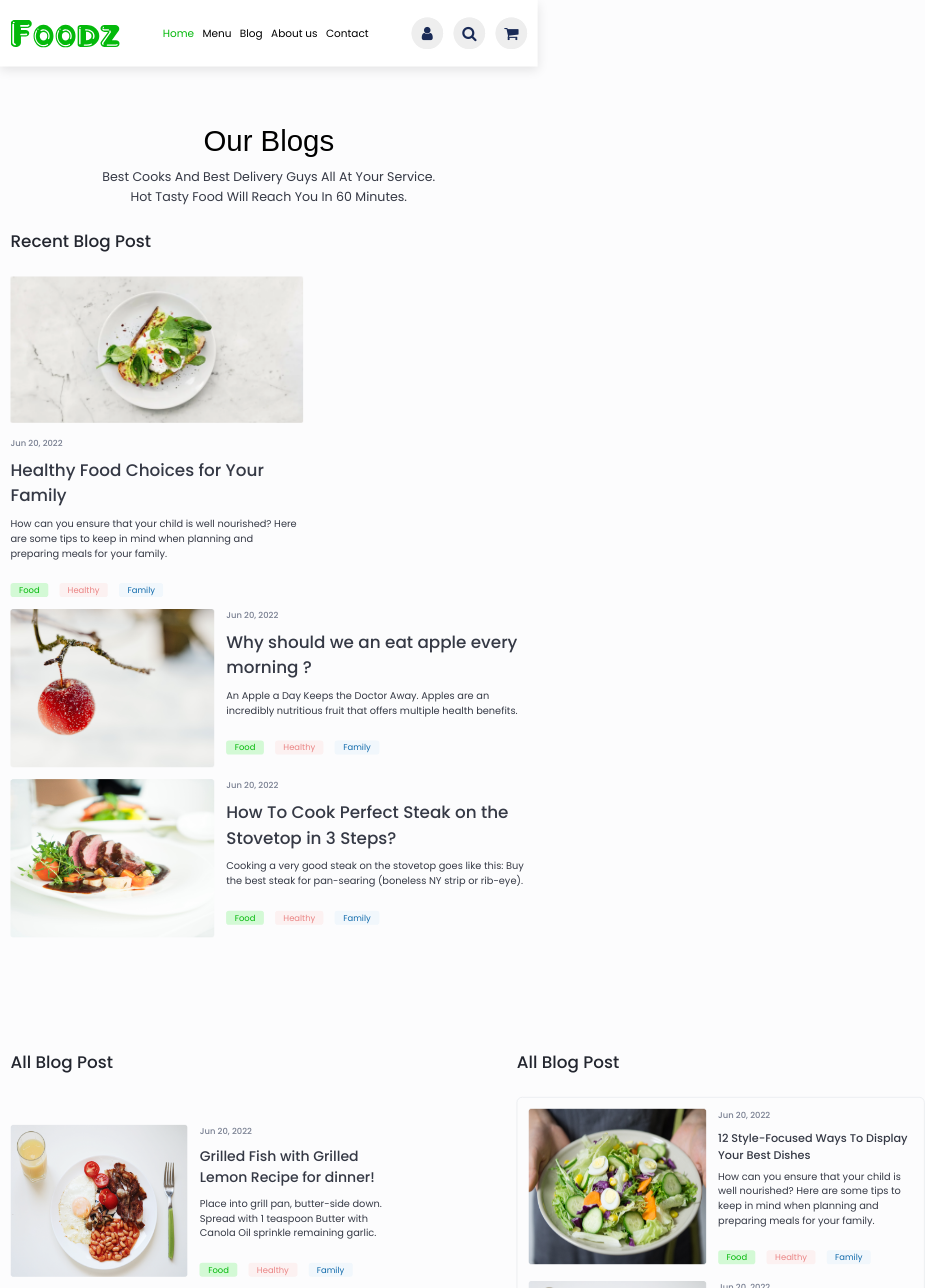
Repository: Toan3333/fooz
Page: assets/pages/blog.html
These files come from the project's save history. The page is drawn as it stood at one moment and after the next save; the edit follows.
The browser window is 768 px wide. The page is 1321 px wide, so the pictures cover 1321 px, including what lies to the right of the window. The pictures show the part of the page from y = 0 to 1840 px (the page is 3586 px tall before and 3638 px after), at 70% of full size.
Some web fonts or font styles are not loaded; a fallback is used.

Above is the page before, as saved 2023-06-11 11:14:22.

### assets/pages/blog.html
<!DOCTYPE html>
<html lang="en">
  <head>
    <meta charset="UTF-8" />
    <meta http-equiv="X-UA-Compatible" content="IE=edge" />
    <meta name="viewport" content="width=device-width, initial-scale=1.0" />
    <title>Blog</title>
    <link rel="stylesheet" href="/assets/css/style.css" />
    <link rel="stylesheet" href="/assets/css/responsive.css" />
    <link
      href="https://fonts.googleapis.com/css?family=Poppins:100,100italic,200,200italic,300,300italic,regular,italic,500,500italic,600,600italic,700,700italic,800,800italic,900,900italic"
      rel="stylesheet"
    />
    <link
      href="https://fonts.googleapis.com/css?family=Alice:regular"
      rel="stylesheet"
    />
    <link
      rel="stylesheet"
      href="https://cdnjs.cloudflare.com/ajax/libs/font-awesome/4.7.0/css/font-awesome.min.css"
    />
  </head>
  <body>
    <div class="app">
      <!-- header -->
      <header class="header">
        <div class="container">
          <div class="header-main">
            <div class="header-logo">
              <img src="/assets/images/Logo.svg" alt="" />
            </div>
            <div class="header-menu">
              <ul class="header-nav">
                <li class="header-list">
                  <a href="#home" class="header-link active">Home</a>
                </li>
                <li class="header-list">
                  <a href="./assets/pages/menu.html" class="header-link"
                    >Menu</a
                  >
                </li>
                <li class="header-list">
                  <a href="./assets/pages/blog.html" class="header-link"
                    >Blog</a
                  >
                </li>
                <li class="header-list">
                  <a href="./assets/pages/about.html" class="header-link"
                    >About us</a
                  >
                </li>
                <li class="header-list">
                  <a href="./assets/pages/contact.html" class="header-link"
                    >Contact</a
                  >
                </li>
              </ul>
            </div>
            <div class="header-auth">
              <div class="header-icon">
                <a href="./assets/pages/login.html">
                  <i class="fa fa-user" aria-hidden="true"></i>
                </a>
                <a href="#">
                  <i class="fa fa-search" aria-hidden="true"></i>
                </a>
                <a href="./assets/pages/checkout.html">
                  <i class="fa fa-shopping-cart" aria-hidden="true"></i>
                </a>
              </div>
            </div>
            <div class="header__bar">
              <i class="fa fa-bars header__bar-icon" aria-hidden="true"></i>
            </div>
          </div>
        </div>
      </header>
      <!-- header end -->
      <section class="our-blog">
        <div class="container">
          <div class="text-center__primary special-center menu-center">
            Our blogs
            <p class="text-bottom">
              Best cooks and best delivery guys all at your service. Hot tasty
              food will reach you in 60 minutes.
            </p>
          </div>
          <div class="our-blog__heading">Recent Blog Post</div>
          <div class="our-blog__main">
            <div class="our-blog__post">
              <div class="our-blog__image">
                <img src="/assets/images/blog-4.png" alt="" />
              </div>
              <div class="our-blog__content">
                <div class="our-blog__date">Jun 20, 2022</div>
                <div class="our-blog__title">
                  Healthy Food Choices for Your Family
                </div>
                <div class="our-blog__text">
                  How can you ensure that your child is well nourished? Here are
                  some tips to keep in mind when planning and preparing meals
                  for your family.
                </div>
                <ul class="our-blog__tag">
                  <li class="our-blog__item">Food</li>
                  <li class="our-blog__item">Healthy</li>
                  <li class="our-blog__item">Family</li>
                </ul>
              </div>
            </div>
            <div class="our-blog__post-2">
              <div class="our-blog__items">
                <div class="our-blog__image our-blog__list__image">
                  <img
                    class="our-blog__images"
                    src="/assets/images/blog-5.png"
                    alt=""
                  />
                </div>
                <div class="our-blog__content our-blog__list__content">
                  <div class="our-blog__date">Jun 20, 2022</div>
                  <div class="our-blog__title">
                    Why should we an eat apple every morning ?
                  </div>
                  <div class="our-blog__text">
                    An Apple a Day Keeps the Doctor Away. Apples are an
                    incredibly nutritious fruit that offers multiple health
                    benefits.
                  </div>
                  <ul class="our-blog__tag">
                    <li class="our-blog__item">Food</li>
                    <li class="our-blog__item">Healthy</li>
                    <li class="our-blog__item">Family</li>
                  </ul>
                </div>
              </div>
              <div class="our-blog__items">
                <div class="our-blog__image our-blog__list__image">
                  <img
                    class="our-blog__images"
                    src="/assets/images/blog-6.png"
                    alt=""
                  />
                </div>
                <div class="our-blog__content our-blog__list__content">
                  <div class="our-blog__date">Jun 20, 2022</div>
                  <div class="our-blog__title">
                    How To Cook Perfect Steak on the Stovetop in 3 Steps?
                  </div>
                  <div class="our-blog__text">
                    Cooking a very good steak on the stovetop goes like this:
                    Buy the best steak for pan-searing (boneless NY strip or
                    rib-eye).
                  </div>
                  <ul class="our-blog__tag">
                    <li class="our-blog__item">Food</li>
                    <li class="our-blog__item">Healthy</li>
                    <li class="our-blog__item">Family</li>
                  </ul>
                </div>
              </div>
            </div>
          </div>
        </div>
      </section>

      <section class="all-blog">
        <div class="container">
          <div class="all-blog__list">
            <div class="all-blog__left">
              <div class="our-blog__heading">All Blog post</div>
              <div class="our-blog__items">
                <div class="our-blog__image our-blog__list__image">
                  <img
                    class="our-blog__images"
                    src="/assets/images/blog-7.png"
                    alt=""
                  />
                </div>
                <div class="our-blog__content our-blog__list__content">
                  <div class="our-blog__date">Jun 20, 2022</div>
                  <div class="our-blog__title our-blog__title-2">
                    Grilled Fish with Grilled Lemon Recipe for dinner!
                  </div>
                  <div class="our-blog__text">
                    Place into grill pan, butter-side down. Spread with 1
                    teaspoon Butter with Canola Oil sprinkle remaining garlic.
                  </div>
                  <ul class="our-blog__tag">
                    <li class="our-blog__item">Food</li>
                    <li class="our-blog__item">Healthy</li>
                    <li class="our-blog__item">Family</li>
                  </ul>
                </div>
              </div>
              <div class="our-blog__items">
                <div class="our-blog__image our-blog__list__image">
                  <img
                    class="our-blog__images"
                    src="/assets/images/blog-8.png"
                    alt=""
                  />
                </div>
                <div class="our-blog__content our-blog__list__content">
                  <div class="our-blog__date">Jun 20, 2022</div>
                  <div class="our-blog__title our-blog__title-2">
                    How to Make Vinaigrette (Plus 3 Essential Variations!)
                  </div>
                  <div class="our-blog__text">
                    We’re going back to basics today with one of my most
                    essential everyday recipes, vinaigrette!
                  </div>
                  <ul class="our-blog__tag">
                    <li class="our-blog__item">Food</li>
                    <li class="our-blog__item">Healthy</li>
                    <li class="our-blog__item">Family</li>
                  </ul>
                </div>
              </div>
              <div class="our-blog__items">
                <div class="our-blog__image our-blog__list__image">
                  <img
                    class="our-blog__images"
                    src="/assets/images/blog-9.png"
                    alt=""
                  />
                </div>
                <div class="our-blog__content our-blog__list__content">
                  <div class="our-blog__date">Jun 20, 2022</div>
                  <div class="our-blog__title our-blog__title-2">
                    12 of the Healthiest Foods to Eat for Breakfast
                  </div>
                  <div class="our-blog__text">
                    How can you ensure that your child is well nourished? Here
                    are some tips to keep in mind when planning and preparing
                    meals for your family.
                  </div>
                  <ul class="our-blog__tag">
                    <li class="our-blog__item">Food</li>
                    <li class="our-blog__item">Healthy</li>
                    <li class="our-blog__item">Family</li>
                  </ul>
                </div>
              </div>
              <div class="our-blog__items">
                <div class="our-blog__image our-blog__list__image">
                  <img
                    class="our-blog__images"
                    src="/assets/images/blog-6.png"
                    alt=""
                  />
                </div>
                <div class="our-blog__content our-blog__list__content">
                  <div class="our-blog__date">Jun 20, 2022</div>
                  <div class="our-blog__title our-blog__title-2">
                    Healthy Food Choices for Your Family
                  </div>
                  <div class="our-blog__text">
                    How can you ensure that your child is well nourished? Here
                    are some tips to keep in mind when planning and preparing
                    meals for your family.
                  </div>
                  <ul class="our-blog__tag">
                    <li class="our-blog__item">Food</li>
                    <li class="our-blog__item">Healthy</li>
                    <li class="our-blog__item">Family</li>
                  </ul>
                </div>
              </div>
              <div class="our-blog__items">
                <div class="our-blog__image our-blog__list__image">
                  <img
                    class="our-blog__images"
                    src="/assets/images/blog-5.png"
                    alt=""
                  />
                </div>
                <div class="our-blog__content our-blog__list__content">
                  <div class="our-blog__date">Jun 20, 2022</div>
                  <div class="our-blog__title our-blog__title-2">
                    Healthy Food Choices for Your Family
                  </div>
                  <div class="our-blog__text">
                    How can you ensure that your child is well nourished? Here
                    are some tips to keep in mind when planning and preparing
                    meals for your family.
                  </div>
                  <ul class="our-blog__tag">
                    <li class="our-blog__item">Food</li>
                    <li class="our-blog__item">Healthy</li>
                    <li class="our-blog__item">Family</li>
                  </ul>
                </div>
              </div>
            </div>
            <div class="all-blog__right">
              <div class="our-blog__heading">All Blog post</div>
              <div class="all-blog__box">
                <div class="our-blog__items">
                  <div class="our-blog__image our-blog__list__image">
                    <img
                      class="our-blog__images"
                      src="/assets/images/blog-9.png"
                      alt=""
                    />
                  </div>
                  <div class="our-blog__content our-blog__list__content">
                    <div class="our-blog__date">Jun 20, 2022</div>
                    <div class="our-blog__title our-blog__title-3">
                      12 Style-Focused Ways To Display Your Best Dishes
                    </div>
                    <div class="our-blog__text">
                      How can you ensure that your child is well nourished? Here
                      are some tips to keep in mind when planning and preparing
                      meals for your family.
                    </div>
                    <ul class="our-blog__tag">
                      <li class="our-blog__item">Food</li>
                      <li class="our-blog__item">Healthy</li>
                      <li class="our-blog__item">Family</li>
                    </ul>
                  </div>
                </div>
                <div class="our-blog__items">
                  <div class="our-blog__image our-blog__list__image">
                    <img
                      class="our-blog__images"
                      src="/assets/images/blog-7.png"
                      alt=""
                    />
                  </div>
                  <div class="our-blog__content our-blog__list__content">
                    <div class="our-blog__date">Jun 20, 2022</div>
                    <div class="our-blog__title our-blog__title-3">
                      How to Become a Veterinarian: Key Steps and Qualities
                    </div>
                    <div class="our-blog__text">
                      How can you ensure that your child is well nourished? Here
                      are some tips to keep in mind when planning and preparing
                      meals for your family.
                    </div>
                    <ul class="our-blog__tag">
                      <li class="our-blog__item">Food</li>
                      <li class="our-blog__item">Healthy</li>
                      <li class="our-blog__item">Family</li>
                    </ul>
                  </div>
                </div>
                <div class="our-blog__items">
                  <div class="our-blog__image our-blog__list__image">
                    <img
                      class="our-blog__images"
                      src="/assets/images/blog-6.png"
                      alt=""
                    />
                  </div>
                  <div class="our-blog__content our-blog__list__content">
                    <div class="our-blog__date">Jun 20, 2022</div>
                    <div class="our-blog__title our-blog__title-3">
                      The Best Foods to Eat While Working Out to Lose Weight
                    </div>
                    <div class="our-blog__text">
                      How can you ensure that your child is well nourished? Here
                      are some tips to keep in mind when planning and preparing
                      meals for your family.
                    </div>
                    <ul class="our-blog__tag">
                      <li class="our-blog__item">Food</li>
                      <li class="our-blog__item">Healthy</li>
                      <li class="our-blog__item">Family</li>
                    </ul>
                  </div>
                </div>
              </div>
            </div>
          </div>
        </div>
      </section>

      <footer class="footer">
        <div class="container">
          <div class="footer-list">
            <div class="footer-column">
              <div class="footer-center">
                <div class="footer-logo">
                  <img src="/assets/images/Logo.svg" alt="" />
                </div>
                <p class="footer-desc">
                  Explore your Taste with speacial food in the special place,
                  that will make you happy. I try to write some thing without
                  lorem isum. Lorem ipsum dolor sit amet consectetur adipisicing
                  elit.
                </p>
              </div>
            </div>
            <div class="footer-column">
              <h3 class="footer-title">Support</h3>
              <ul class="footer-menu">
                <li class="footer-item"><a href="#">Help Centre</a></li>
                <li class="footer-item"><a href="#">Safety information</a></li>
                <li class="footer-item">
                  <a href="#">Cancellation options</a>
                </li>
                <li class="footer-item"><a href="#">Report Complaint</a></li>
              </ul>
            </div>
            <div class="footer-column">
              <h3 class="footer-title">Community</h3>
              <ul class="footer-menu">
                <li class="footer-item"><a href="#">Customer Review</a></li>
                <li class="footer-item"><a href="#">Newsletter</a></li>
              </ul>
            </div>
            <div class="footer-column">
              <h3 class="footer-title">About</h3>
              <ul class="footer-menu">
                <li class="footer-item"><a href="#">Our Chef</a></li>
                <li class="footer-item"><a href="#">Careers</a></li>
                <li class="footer-item">
                  <a href="#">Blog</a>
                </li>
                <li class="footer-item"><a href="#">Contact</a></li>
              </ul>
            </div>
          </div>
        </div>
      </footer>
      <!-- loader -->
      <!-- <div class="loader-container">
        <img src="./assets/images/loader.gif" alt="" />
      </div> -->
      <!-- loader end -->
    </div>
  </body>
</html>

### assets/css/responsive.css
@media screen and (min-width: 1024px) {
  .hero-title {
    font-size: 50px;
    line-height: 58px;
  }
  .hero-desc {
    font-size: 20px;
  }
  .service-title {
    font-size: 22px;
  }
}
/* Tablet */
@media screen and (max-width: 1023.98px) {
  .header-nav {
    gap: 12px;
  }
  .header-link {
    font-size: 15px;
  }
  .header-icon {
    gap: 15px;
  }
  .hero-main {
    gap: 30px;
  }
  .hero {
    padding: 50px 0;
  }
  .hero-title {
    font-size: 37px;
    line-height: 48px;
    margin-bottom: 15px;
  }
  .hero-desc {
    font-size: 18px;
    line-height: 26px;
  }
  .button-primary {
    font-size: 15px;
  }
  .hero-list {
    gap: 4px;
  }
  .hero-info {
    padding: 20px 25px;
  }
  .hero-number {
    font-size: 20px;
  }
  .hero-text {
    font-size: 16px;
    line-height: 22px;
  }
  .service {
    padding: 50px 0;
  }
  .text-center__primary {
    font-size: 42px;
    line-height: 52px;
  }
  .service-list {
    margin-top: 50px;
    grid-template-columns: repeat(2, 1fr);
    grid-gap: 30px;
  }
  .service-item {
    padding: 30px 25px;
  }
  .about {
    padding: 50px 0;
  }
  .about-main {
    gap: 40px;
  }
  .about-info {
    gap: 20px;
  }
  .about-name {
    font-size: 18px;
    line-height: 24px;
  }
  .about-desc {
    font-size: 16px;
  }
  .special {
    padding: 50px 0;
  }
  .special-center {
    max-width: 500px;
  }
  .text-bottom {
    font-size: 18px;
    line-height: 28px;
  }
  .special-list {
    margin-top: 50px;
    grid-template-columns: repeat(2, 1fr);
  }
  .special-title {
    font-size: 24px;
    line-height: 30px;
  }
  .special-price {
    font-size: 32px;
  }
  .form-main {
    gap: 40px;
  }
  .form-container {
    gap: 8px;
  }
  .blog {
    padding: 50px 0;
  }
  .blog-list {
    grid-template-columns: repeat(2, 1fr);
  }
  .footer-list {
    grid-template-columns: repeat(2, 1fr);
    grid-gap: 60px;
  }
  .footer-menu {
    gap: 12px;
  }
  .our-blog__main {
    flex-direction: column;
  }
  .our-blog__list__image {
    width: 500px;
  }
  .our-blog__post {
    max-width: 418px;
    width: 100%;
  }
}
/* Iphone */
@media screen and (max-width: 767.98px) {
  /* .header-menu {
    display: none;
  } */
  .header-nav {
    position: fixed;
    right: 0;
    top: 0;
    bottom: 0;
    background-color: white;
    transform: translateX(100%);
    will-change: transform;
    transition: all 0.2s linear;
    width: 300px;
    border-left: 1px solid #eee;
    z-index: 99;
    flex-direction: column;
    align-items: stretch;
    padding-top: 60px;
    gap: 10px 0;
  }
  .header-nav.is-show {
    transform: translateX(0);
  }
  .header-list {
    padding: 20px;
  }
  .header-icon {
    display: none;
  }
  .header__bar {
    display: block;
    font-size: 22px;
    color: var(--primary-color);
    cursor: pointer;
  }
  .hero {
    padding: 40px 0;
  }
  .hero-main {
    flex-direction: column;
  }
  .hero-title {
    font-size: 30px;
    line-height: 35px;
    margin-bottom: 10px;
  }
  .hero-desc {
    font-size: 16px;
  }
  .hero-cta {
    margin-bottom: 40px;
  }
  .hero-info {
    padding: 15px 20px;
  }
  .hero-number {
    line-height: 35px;
    font-size: 18px;
  }
  .service {
    padding: 40px 0;
  }
  .text-center__primary {
    font-size: 33px;
    line-height: 40px;
  }
  .service-list {
    margin-top: 30px;
    grid-template-columns: repeat(1, 1fr);
    grid-gap: 12px;
  }
  .service-item {
    padding: 15px;
  }
  .service-title {
    font-size: 18px;
    line-height: 28px;
  }
  .service-icon {
    margin-bottom: 14px;
  }
  .about {
    padding: 40px 0;
  }
  .about-center {
    max-width: 280px;
  }
  .about-main {
    flex-direction: column;
  }
  .text-center__primary {
    font-size: 28px;
    line-height: 32px;
  }
  .about-name {
    font-size: 17px;
  }
  .about-info {
    gap: 15px;
  }
  .about-desc {
    font-size: 15px;
    line-height: 24px;
  }
  .text-bottom {
    font-size: 16px;
  }
  .special {
    padding: 40px 0;
  }
  .special-list {
    grid-template-columns: repeat(1, 1fr);
  }
  .special-item {
    padding: 20px 25px;
  }
  .special-price {
    font-size: 28px;
  }
  .button-primary {
    padding: 8px 10px;
    font-size: 12px;
    line-height: 20px;
  }
  .form-main {
    flex-direction: column;
  }
  .form-field input {
    padding: 8px;
  }
  .form-price {
    margin-bottom: 15px;
  }
  .form-meal__select select {
    padding: 10px 12px 10px 12px;
  }
  .form-field textarea {
    padding: 10px;
  }
  .tab {
    grid-template-columns: repeat(1, 1fr);
    grid-gap: 10px;
  }
  .tab-item {
    border-bottom: 1px solid #eee;
    font-size: 14px;
    padding: 8px;
  }
  .tab-item img {
    width: 28px;
    height: 28px;
  }
  .blog {
    padding: 50px 0;
  }
  .blog-list {
    grid-template-columns: repeat(1, 1fr);
  }
  .footer-list {
    grid-template-columns: repeat(1, 1fr);
    grid-gap: 20px;
  }
  .footer-title {
    margin-bottom: 12px;
  }
}

Loaded but not shown: assets/css/style.css (1369 lines, source omitted)

After the next save:
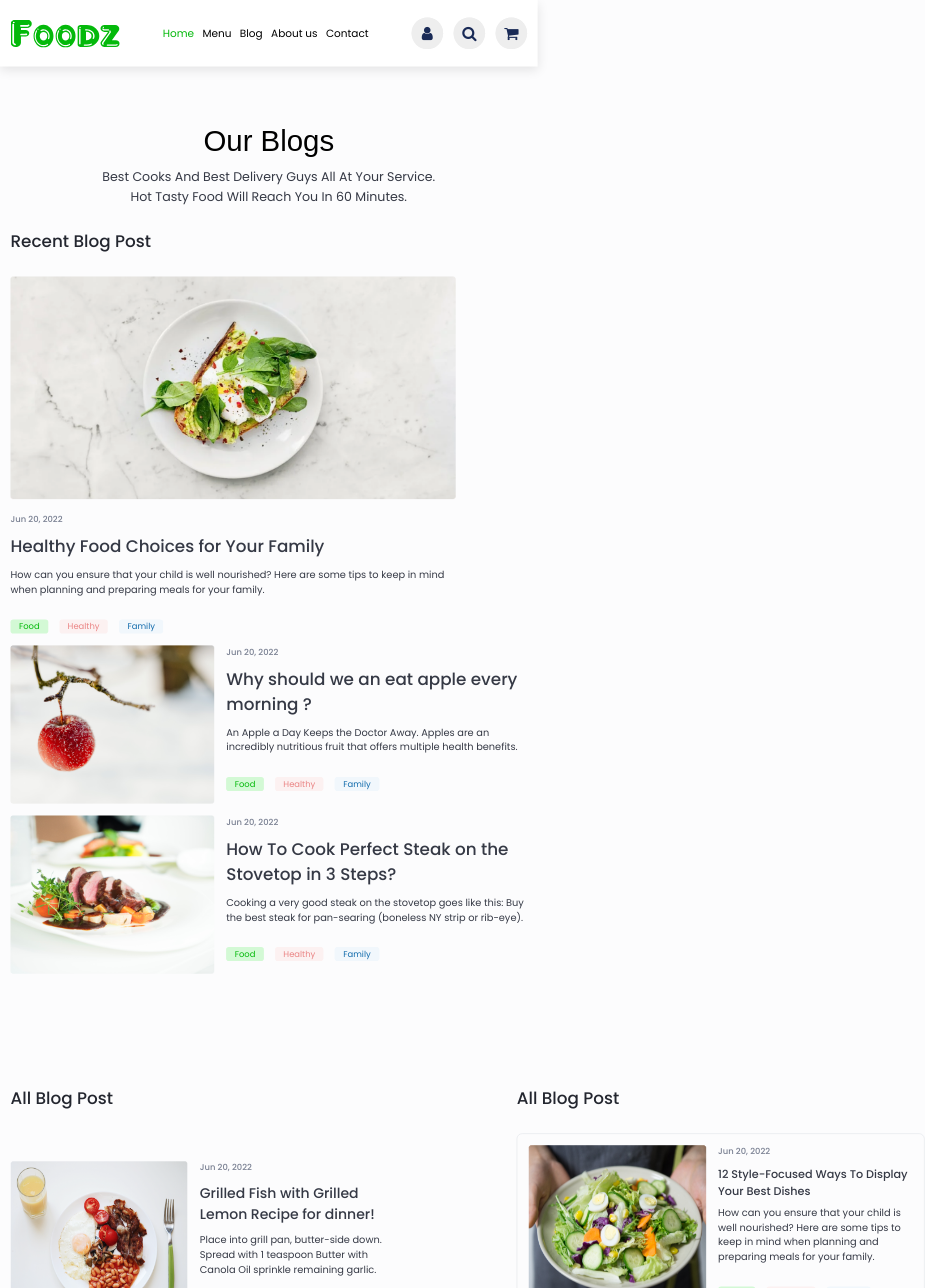
Saved 30 s later.
--- a/assets/css/responsive.css
+++ b/assets/css/responsive.css
@@ -130,7 +130,6 @@
     width: 500px;
   }
   .our-blog__post {
-    max-width: 418px;
     width: 100%;
   }
 }
